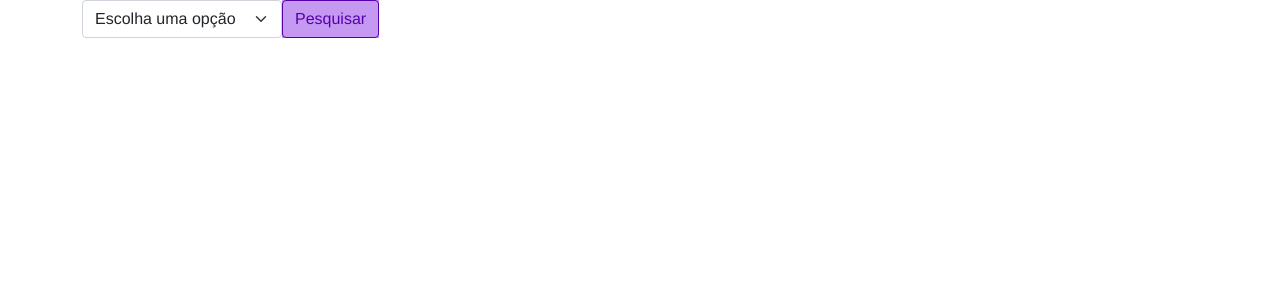
Repository: LuismGil/Countries-list
Page: /
These files come from the project's save history. The page is drawn as it stood at one moment and after the next save; the edit follows.
The browser window is 1280 px wide. The pictures show the whole page.
The project was rebuilt for these pictures with package versions that can differ from the ones it lists, and the page was loaded fresh each time.

Above is the page before, as saved 2021-05-22 21:19:18.

### public/index.html
<!DOCTYPE html>
<html lang="">
  <head>
    <meta charset="utf-8">
    <meta http-equiv="X-UA-Compatible" content="IE=edge">
    <meta name="viewport" content="width=device-width,initial-scale=1.0">
    <link rel="icon" href="<%= BASE_URL %>favicon.ico">
    <link href="https://cdn.jsdelivr.net/npm/bootstrap@5.0.1/dist/css/bootstrap.min.css" rel="stylesheet" integrity="sha384-+0n0xVW2eSR5OomGNYDnhzAbDsOXxcvSN1TPprVMTNDbiYZCxYbOOl7+AMvyTG2x" crossorigin="anonymous">
    <title><%= htmlWebpackPlugin.options.title %></title>
  </head>
  <body>
    <noscript>
      <strong>We're sorry but <%= htmlWebpackPlugin.options.title %> doesn't work properly without JavaScript enabled. Please enable it to continue.</strong>
    </noscript>
    <div id="app"></div>
    <!-- built files will be auto injected -->
  </body>
</html>

### src/App.vue
<template>
  <div id="app">
    <!-- <mv-header /> -->
    <Home></Home>

  </div>
</template>

<script>
// import MvHeader from './components/MvHeader.vue';
import Home from './views/Home.vue';

export default {
  name: 'App',
  components: {
    // MvHeader,
    Home,
  },
};
</script>

<style>
#app {
  color: #2c3e50;
  font-family: Avenir, Helvetica, Arial, sans-serif;
  -webkit-font-smoothing: antialiased;
  -moz-osx-font-smoothing: grayscale;
  text-align: center;
}
</style>

### src/views/Home.vue
<template>
  <div>
    <mv-countries></mv-countries>

  </div>
</template>

<script>
import MvCountries from '../components/MvCountries.vue';

export default {
  components: { MvCountries },

};
</script>

<style>

</style>

### src/components/MvCountries.vue
<template>
  <div>
    <div class="container">
    <select class="form-select form-width" aria-label="Escolha uma opção">
      <option selected disabled>Escolha uma opção</option>
      <option value="1">Região</option>
      <option value="2">Capital</option>
      <option value="3">Língua</option>
      <option value="4">País</option>
      <option value="5">Código de ligação</option>
    </select>
    <mv-button class="btn-find">
        Pesquisar
    </mv-button>
    </div>

  </div>
</template>

<script>
import MvButton from './MvButton.vue';

export default {
  components: { MvButton },

};
</script>

<style>
.container {
  display: flex;
  flex-direction: row;
}

.form-width {
  width: 200px;
}

.btn-find {
   color: #fff;
  background-color: #c599f2;
}

.btn-find:hover {
   color: #000;
  background-color: #c599f2;
}

</style>

### src/components/MvButton.vue
<template>
  <div>
    <button type="button" class="btn btn-outline btn-color">
      <slot></slot>
      </button>
  </div>
</template>

<script>
// import MvArrowIcon from './MvArrowIcon.vue';

export default {
  // components: { MvArrowIcon },

};
</script>

<style>
.btn-color {
  border-color: #5600AB;
  color: #5600AB;
}

.btn-color:hover {
  color: #fff;
  background-color: #c599f2;
}

</style>

Loaded but not shown: src/main.js (common file)

After the next save:
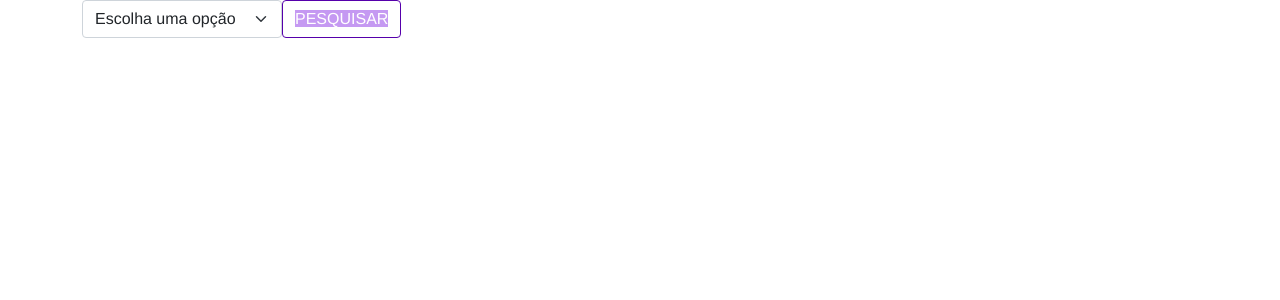
Saved 65 s later.
--- a/src/components/MvCountries.vue
+++ b/src/components/MvCountries.vue
@@ -9,8 +9,8 @@
       <option value="4">País</option>
       <option value="5">Código de ligação</option>
     </select>
-    <mv-button class="btn-find">
-        Pesquisar
+    <mv-button >
+        <span class="btn-find">PESQUISAR</span>
     </mv-button>
     </div>
 
@@ -42,7 +42,7 @@ export default {
 }
 
 .btn-find:hover {
-   color: #000;
+   color: #fff;
   background-color: #c599f2;
 }
 
